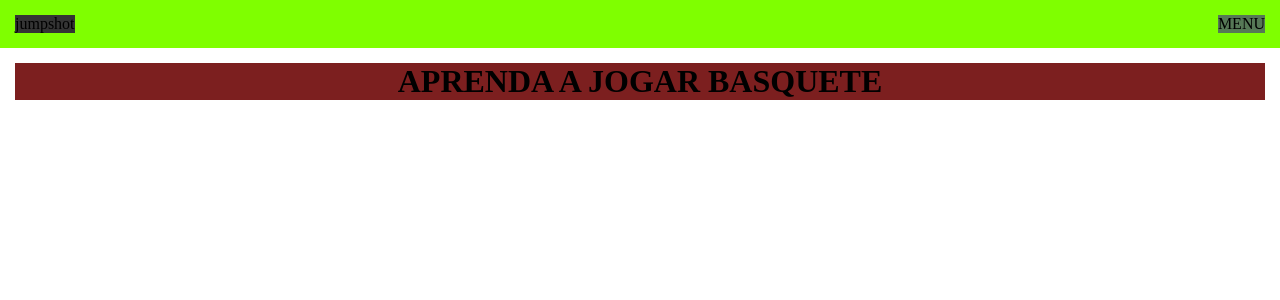
Repository: luisbisp/Jumpshot
Page: index.htm
These files come from the project's save history. The page is drawn as it stood at one moment and after the next save; the edit follows.
The browser window is 1280 px wide. The pictures show the whole page.

Above is the page before, as saved 2021-07-07 11:27:47.

After the next save:
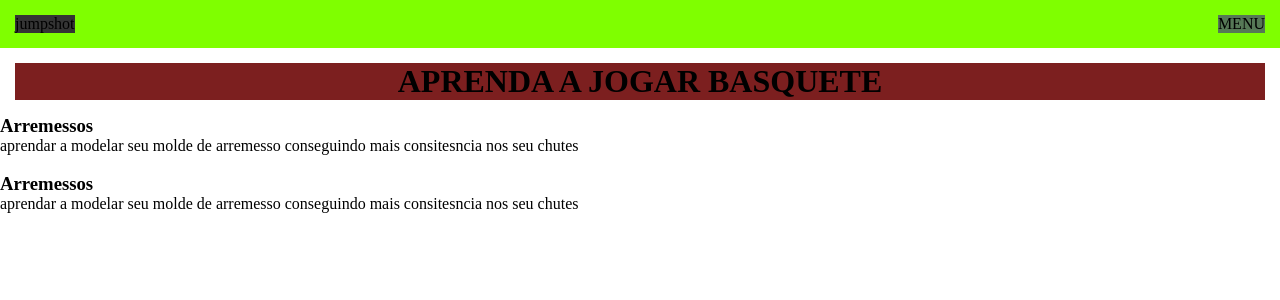
Saved 8 min 16 s later.
--- a/index.htm
+++ b/index.htm
@@ -22,7 +22,25 @@
                 <h1> APRENDA A JOGAR BASQUETE</h1>
             </div>
         </div>
+        <div class="content">
+            <div class="words">
+                <h3>Arremessos</h3>
+                <p>aprendar a modelar seu molde de arremesso conseguindo mais consitesncia nos seu chutes</p>
+            </div>
+            <div class="image">
+                <img src="" alt="">
+            </div>
+        </div>
 
+        <div class="content">
+            <div class="words">
+                <h3>Arremessos</h3>
+                <p>aprendar a modelar seu molde de arremesso conseguindo mais consitesncia nos seu chutes</p>
+            </div>
+            <div class="image">
+                <img src="" alt="">
+            </div>
+        </div>
 
     </div>
 </body>
